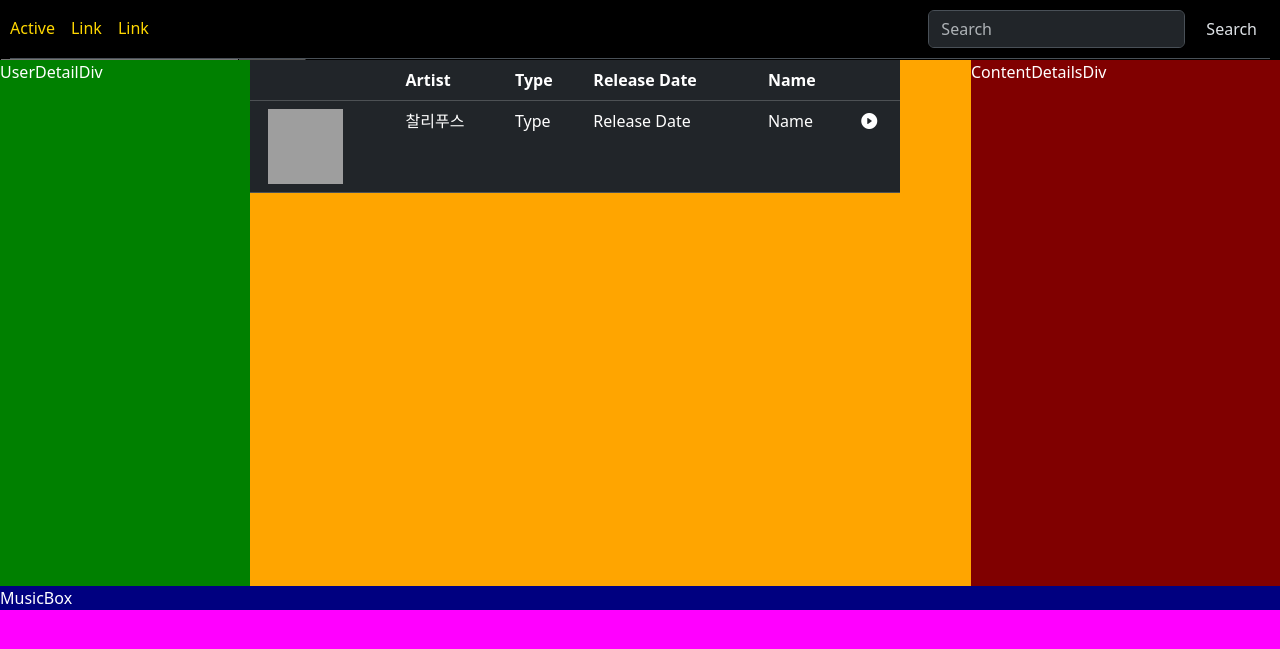
Repository: budflower44/My_Music_Life
Page: http://localhost/my_music_life/WEB-INF/views/mml/main.jsp
These files come from the project's save history. The page is drawn as it stood at one moment and after the next save; the edit follows.
The browser window is 1280 px wide. The pictures show the whole page.
Pictures or frames that could not be fetched are drawn as grey boxes. The page is served by Tomcat 9. Nobody is signed in. Other server files are loaded and not shown. The template is opened directly, without the code that normally fills it, so the values that code supplies are empty.

Above is the page before, as saved 2024-02-16 05:08:54.

### my_music_life/src/main/webapp/WEB-INF/views/mml/main.jsp
<%@ page language="java" contentType="text/html; charset=UTF-8"
    pageEncoding="UTF-8"%>
<!DOCTYPE html>
<html>
<head>
<meta charset="UTF-8">
<title>Insert title here</title>
</head>
<link rel="stylesheet" href="https://cdn.jsdelivr.net/npm/bootstrap-icons@1.10.5/font/bootstrap-icons.css">
<link href="https://cdn.jsdelivr.net/npm/bootstrap@5.3.1/dist/css/bootstrap.min.css" rel="stylesheet" integrity="sha384-4bw+/aepP/YC94hEpVNVgiZdgIC5+VKNBQNGCHeKRQN+PtmoHDEXuppvnDJzQIu9" crossorigin="anonymous">
<script src="https://cdn.jsdelivr.net/npm/@popperjs/core@2.11.8/dist/umd/popper.min.js" integrity="sha384-I7E8VVD/ismYTF4hNIPjVp/Zjvgyol6VFvRkX/vR+Vc4jQkC+hVqc2pM8ODewa9r" crossorigin="anonymous"></script>
<script src="https://cdn.jsdelivr.net/npm/bootstrap@5.3.1/dist/js/bootstrap.min.js" integrity="sha384-Rx+T1VzGupg4BHQYs2gCW9It+akI2MM/mndMCy36UVfodzcJcF0GGLxZIzObiEfa" crossorigin="anonymous"></script>
<style>
body{
	background-color : black;
	color: white;
	padding: 0;
	margin: 0;
}
.parentsDiv{
	height: 100vh;
	width: 100vw;
	display: flex;
	flex-direction: column;
}
.HeaderDiv{
	height: 60px;
}
.MidDiv{
	height: calc(100vh - 214px);
	min-height: calc(100vh - 194px);
	display:flex;
}
.FooterDiv{
	background-color: fuchsia;
	height: 154px;
	padding: 0;
	margin: 0;
	position:sticky;
	top: calc(100vh - 214px);
}
.SearchLineDiv{

}
.UserDetailDiv{
	background-color: green;
	width: 250px;
	min-width: 250px;
}
.ContentsDiv{
	background-color: orange;
	width: 100%;
	height:calc(100vw-550px);
	display: flex;
	justify-content: space-between;
	overflow: scroll;
}
.ContentDiv{
	background-color: lime;
	width: 70%;
	height: calc(100vw-550px);
	overflow: scroll;
	align-items: flex-start;
}
.ContentDetailsDiv{
	background-color: maroon;
	width: 30%;
	min-width: 300px;
	height: 100%
}
.MusicBox{
	background-color: navy;
	padding: 0;
	margin: 0;

}
.searchDiv{
	background-color: black;
	width: 650px;
	height: 75px;
}
.searchDiv img{
	margin-left: 10px;
}
.searchDiv span{
	text-align: center;
}
.playIcon {
	display: inline;
}

.navDiv{
	position:sticky;
	padding-left: 10px;
	padding-right: 10px;
}
.nav-link{
	color: gold;
}
.nav-link:hover {
	color: white;
}
.navbar{
	background-color: black;
}
.table{
	max-width: 650px;
}
</style>
<body>
<div class="parentsDiv">
	<div class="HeaderDiv">
		<div class="SearchLineDiv">
				<div class="navDiv">
					<nav class="navbar border-bottom border-body" data-bs-theme="dark">
						<ul class="nav nav-underline justify-content-end">
							<li class="nav-item"><a class="nav-link" aria-current="page" href="#">Active</a></li>
							<li class="nav-item"><a class="nav-link" href="#">Link</a></li>
							<li class="nav-item"><a class="nav-link" href="#">Link</a></li>
						</ul>
						<form class="d-flex" role="search">
        					<input class="form-control me-2 " id="searchKeyword" type="search" placeholder="Search" aria-label="Search">
        					<button class="btn" type="button" id="searchBtn">Search</button>
      					</form>
					</nav>
				</div>
				<input type="text" id="searchKeyword"><button type="button" id="searchBtn">Search</button>
		</div>
	</div>
	<div class="MidDiv">
		<div class="UserDetailDiv">UserDetailDiv</div>
		<div class="ContentsDiv">
			<div class="contentDiv">
				<div class="searchDiv">
				<table id="SearchBox" class="table table-dark table-hover">
					<tr>
						<th></th>
						<th>Artist</th>
						<th>Type</th>
						<th>Release Date</th>
						<th>Name</th>
						<th></th>
					</tr>
					<tr>
						<td>
						<img alt="" src="https://i.scdn.co/image/ab67616d0000b273a3b39c1651a617bb09800fd8" style="height:75px; width:75px; display:inline;">
						</td>
						<td>찰리푸스</td>
						<td>Type</td>
						<td>Release Date</td>
						<td>Name</td>
						<td><i class="bi bi-play-circle-fill"></i></td>
					</tr>
				</table>
				</div>
			</div>
			<div class="ContentDetailsDiv">ContentDetailsDiv</div>
		</div>
	</div>
	<div class="FooterDiv">
		<div class="MusicBox" id="MusicBox">MusicBox</div>
	</div>
	<div></div>
</div>

<script src="/resources/js/spotifyAPI.js"></script>

</body>
</html>

### my_music_life/src/main/webapp/resources/js/spotifyAPI.js
async function getTokenToServer(){
    try {
        const url = "/mml/token";
        const config = {
            method:'post'
        };
        const resp = await fetch(url, config);
        const result = await resp.text();
        // console.log("getTokenToServer result >> "+result);
        return result;
    } catch (error) {
        console.log(error);
    }
}

async function fetchWebApi(token, keyword) {
    var res1 = encodeURI(keyword);
    console.log(keyword);
    const res = await fetch(`https://api.spotify.com/v1/search?q=${keyword}&type=album%2Ctrack%2Cartist`, {
        headers: {
            Authorization: `Bearer ${token}`,
        },
        method : 'GET'
    });
  const data = await res.json();
  console.log(data);
  return data;
}

async function searchAlbumsDataToServer(searchData){
    try {
        const url = "/mml/search/albums";
        const config = {
            method : 'post',
            headers : {
                'content-type' : 'application/json; charset=utf-8'
            },
            body : JSON.stringify(searchData)
        };
        const resp = await fetch(url, config);
        const result = await resp.text();
        console.log("albums 서버 응답 받음:", result);
        const searchObj =  parseQueryString(result);;
        console.log(searchObj);
        return searchObj;
    } catch (error) {
        console.log(error);
    }
}

async function searchArtistsDataToServer(searchData){
    try {
        const url = "/mml/search/artists"
        const config = {
            method: 'post',
            headers : {
                'content-type' : 'appication/json; charset=utf-8'
            },
            body : JSON.stringify(searchData)
        };
        const resp = await fetch(url, config);
        const result = await resp.text();
        console.log("artists 서버 응답 받음", result);
        const searchObj =  parseQueryString(result);;
        console.log(searchObj);
        return searchObj;
    } catch (error) {
        console.log(error);
    }
}

document.getElementById('searchBtn').addEventListener('click', async ()=>{
    try {
        document.getElementById('SearchBox').innerHTML = "";
        tableFrom();
        const keywordVal = document.getElementById('searchKeyword').value;
        console.log(keywordVal);
        getTokenToServer().then(token=>{
            fetchWebApi(token, keywordVal).then(res =>{
                if(res.albums){
                    searchAlbumsDataToServer(res.albums).then(album =>{
                        console.log(album);
                        for(let i=0; i<res.albums.items.length; i++){
                            let artistsUri = album.artistsUri[i];
                            let artistsName = album.artistsName[i];
                            let albumType = album.albumType[i];
                            let releaseDate = album.releaseDate[i];
                            let name = album.name[i];
                            console.log(artistsUri);
                            console.log(res.albums.items[i].external_urls.spotify);
                            const url = res.albums.items[i].external_urls.spotify;
                            let embedUrl = url.match(/\/album\/(\w+)/)[0];
                            console.log(embedUrl);
                            embedFrom(artistsUri, artistsName, albumType, releaseDate, name, embedUrl);
                        }})
                }
                if(res.artists){
                    for(let i=0; i<res.artists.items.length; i++){
                        console.log(res.artists.items[i].external_urls.spotify);
                        const url = res.artists.items[i].external_urls.spotify;
                        const embedUrl = url.match(/\/artist\/(\w+)/)[0];
                        console.log(embedUrl);
                    }
                }
                if(res.tracks){
                    for(let i=0; i<res.tracks.items.length; i++){
                        console.log(res.tracks.items[i].external_urls.spotify);
                        const url = res.tracks.items[i].external_urls.spotify;
                        const embedUrl = url.match(/\/track\/(\w+)/)[0];
                        console.log(embedUrl);
                    }
                }

            })
        })
    } catch (error) {
        console.log(error);
    }
})

function embedFromPlayer(url){
    document.getElementById('MusicBox').innerHTML += `
    <iframe style="border-radius:12px"
    src="https://open.spotify.com/embed/${url}?utm_source=generator"
    width="100%" height="152" frameBorder="0" allowfullscreen="" allow="autoplay;
    clipboard-write; encrypted-media; fullscreen; picture-in-picture" loading="lazy" >
    </iframe>`;
}

function tableFrom(){
    document.getElementById('SearchBox').innerHTML += `
    <tr>
    <th></th>
    <th>Artist</th>
    <th>Type</th>
    <th>Release Date</th>
    <th>Name</th>
    <th></th>
    </tr>
    `;
}

function embedFrom(artistsUri, artistsName, albumType, releaseDate, name, embedUrl){
    console.log(document.getElementById('MusicBox'));
    document.getElementById('SearchBox').innerHTML += `
    <tr class="PlayMusic">
    <td>
    <img src="${artistsUri}" style="height:75px; width:75px; display:inline;">
    </td>
    <td>${artistsName}</td>
    <td>${albumType}</td>
    <td>${releaseDate}</td>
    <td>${name}</td>
    <td><input type="hidden" value="${embedUrl}"><i class="bi bi-play-circle-fill"></i></td>
    </tr>`;
}

document.addEventListener('click', (e)=>{
    document.getElementById('MusicBox').innerHTML = "";
    console.log(e.target);
    console.log(e.target.closest('tr'));
    let PlayMusicTr = e.target.closest('tr');
    if(PlayMusicTr.classList.contains('PlayMusic')){
        const embedUrl = PlayMusicTr.querySelector('input').value;
        console.log(embedUrl);
        embedFromPlayer(embedUrl);
    }
})

function parseQueryString(ParsingData) {
    const params = new URLSearchParams(ParsingData);
    const result = {};

    // 모든 키-값 쌍을 객체에 추가
    for (const [key, value] of params.entries()) {
        // 만약 이미 같은 키가 있다면 값을 배열로 저장
        if (result.hasOwnProperty(key)) {
            if (Array.isArray(result[key])) {
                result[key].push(value);
            } else {
                // 값이 이미 존재하는데 배열이 아닌 경우, 값을 배열로 변환
                result[key] = [result[key], value];
            }
        } else {
            result[key] = value;
        }
    }

    return result;
}

After the next save:
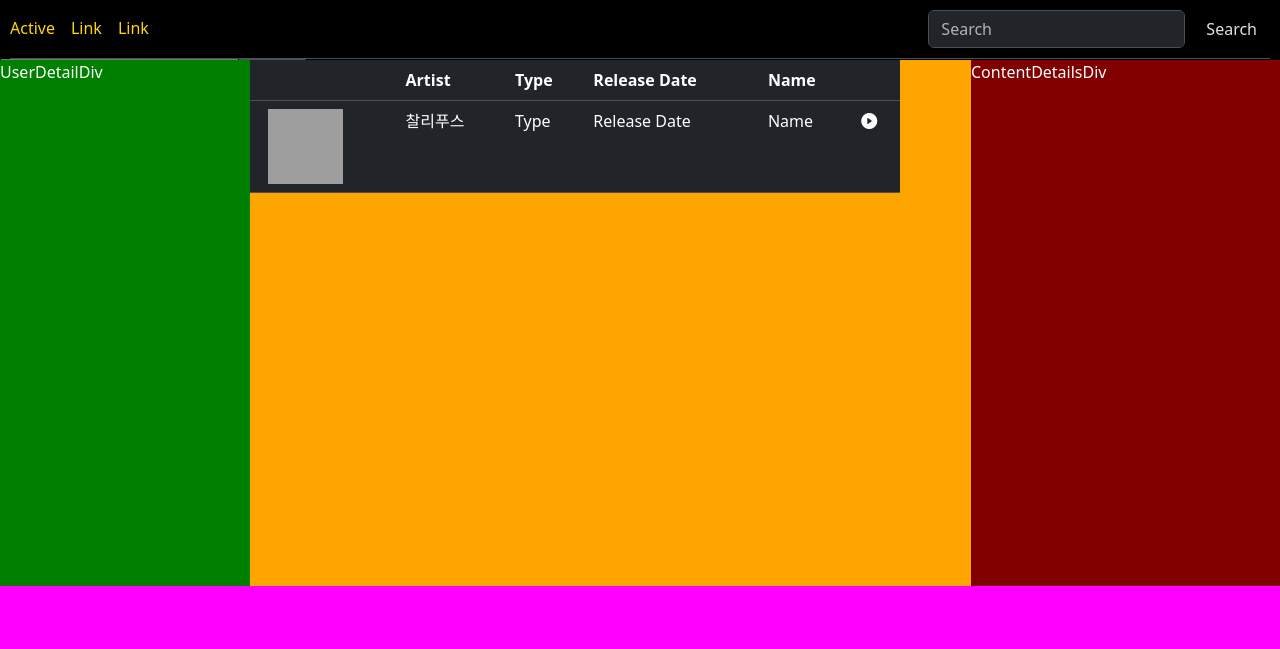
Saved 12 min 14 s later.
--- a/my_music_life/src/main/webapp/WEB-INF/views/mml/main.jsp
+++ b/my_music_life/src/main/webapp/WEB-INF/views/mml/main.jsp
@@ -158,7 +158,7 @@ body{
 		</div>
 	</div>
 	<div class="FooterDiv">
-		<div class="MusicBox" id="MusicBox">MusicBox</div>
+		<div class="MusicBox" id="MusicBox"></div>
 	</div>
 	<div></div>
 </div>
